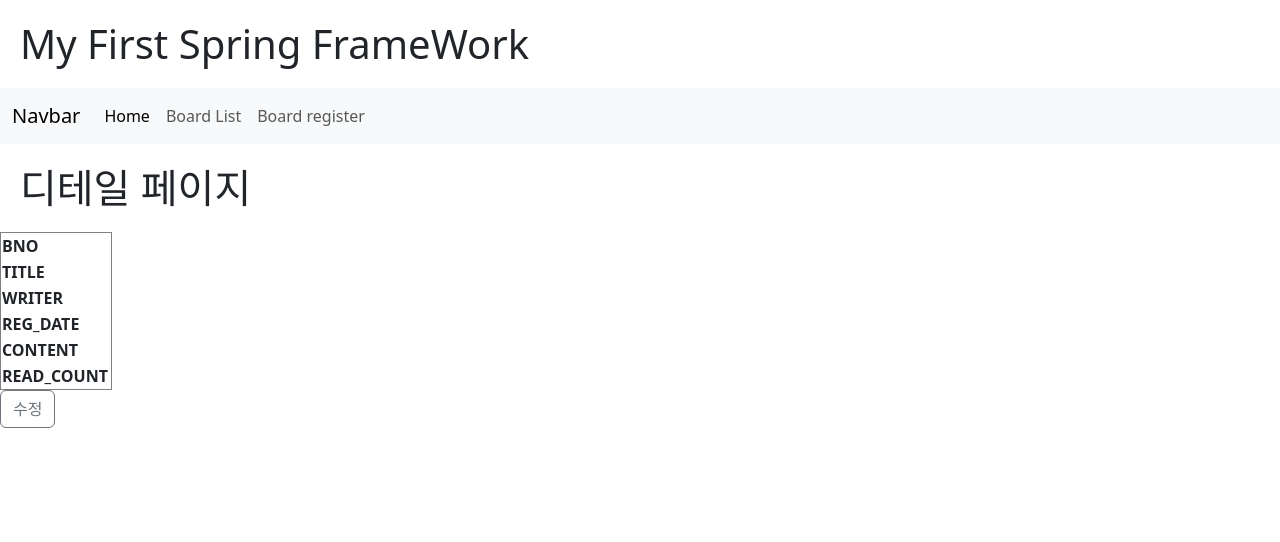
Repository: Leesunghoon1/springh
Page: http://localhost/springProject/WEB-INF/views/board/detail.jsp
The author's editor kept a copy of each file at every save. The page is drawn from the files as they stood at one save, then again after the next save.
The browser window is 1280 px wide. The pictures show the whole page.
The page is served by Tomcat 9. Nobody is signed in. The template is opened directly, without the code that normally fills it, so the values that code supplies are empty.

Above is the page before, as saved 2023-11-02 06:26:46.

After the next save:
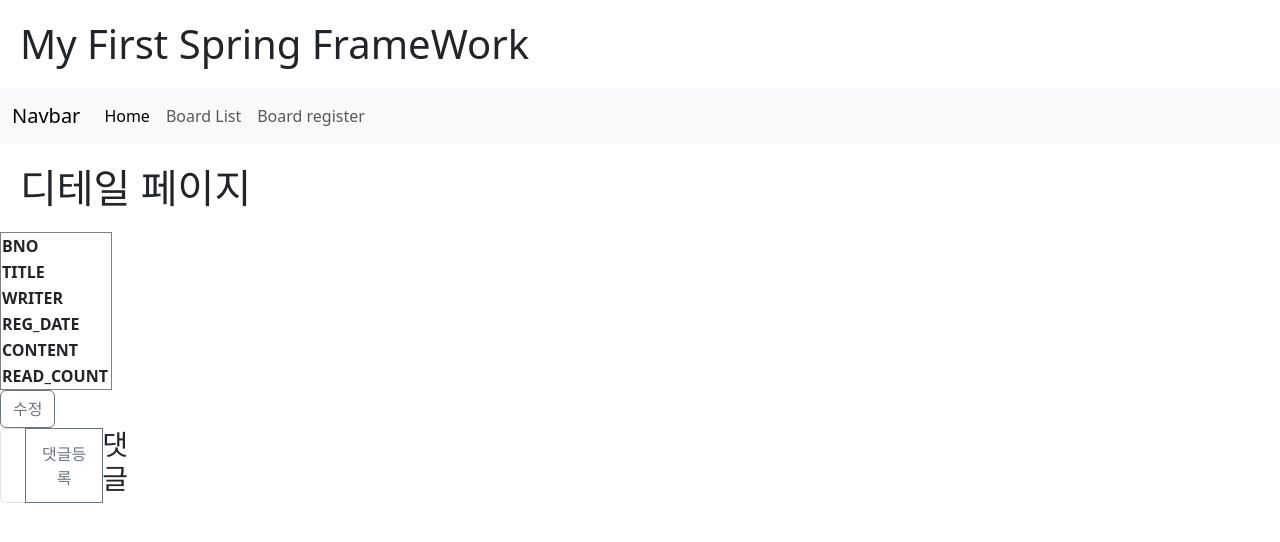
Saved 2 min 26 s later.
--- a/springProject/src/main/webapp/WEB-INF/views/board/detail.jsp
+++ b/springProject/src/main/webapp/WEB-INF/views/board/detail.jsp
@@ -50,16 +50,24 @@
 
 <!-- 댓글영역  -->
 
-<div class="comment-box">
-<div>
-
-
-</div>
-</div>
+	<div class="comment-box">
+		<div class="input-group flex-nowrap" id="comment-input">
+			<input type="text" class="form-control" id="cmtContent"
+				placeholder="댓글 입력" aria-label="Username"
+				aria-describedby="addon-wrapping">
+			<button class="btn btn-outline-secondary" type="button"
+				id="cmtPostBtn">댓글등록</button>
+			<div class="title">
+				<h3>댓글</h3>
+			</div>
+			<table id="comment-table" class="table table-dark table-hover">
+			</table>
+		</div>
+	</div>
 
 
 
 
-<jsp:include page="../common/footer.jsp"/>
+	<jsp:include page="../common/footer.jsp"/>
 </body>
 </html>
